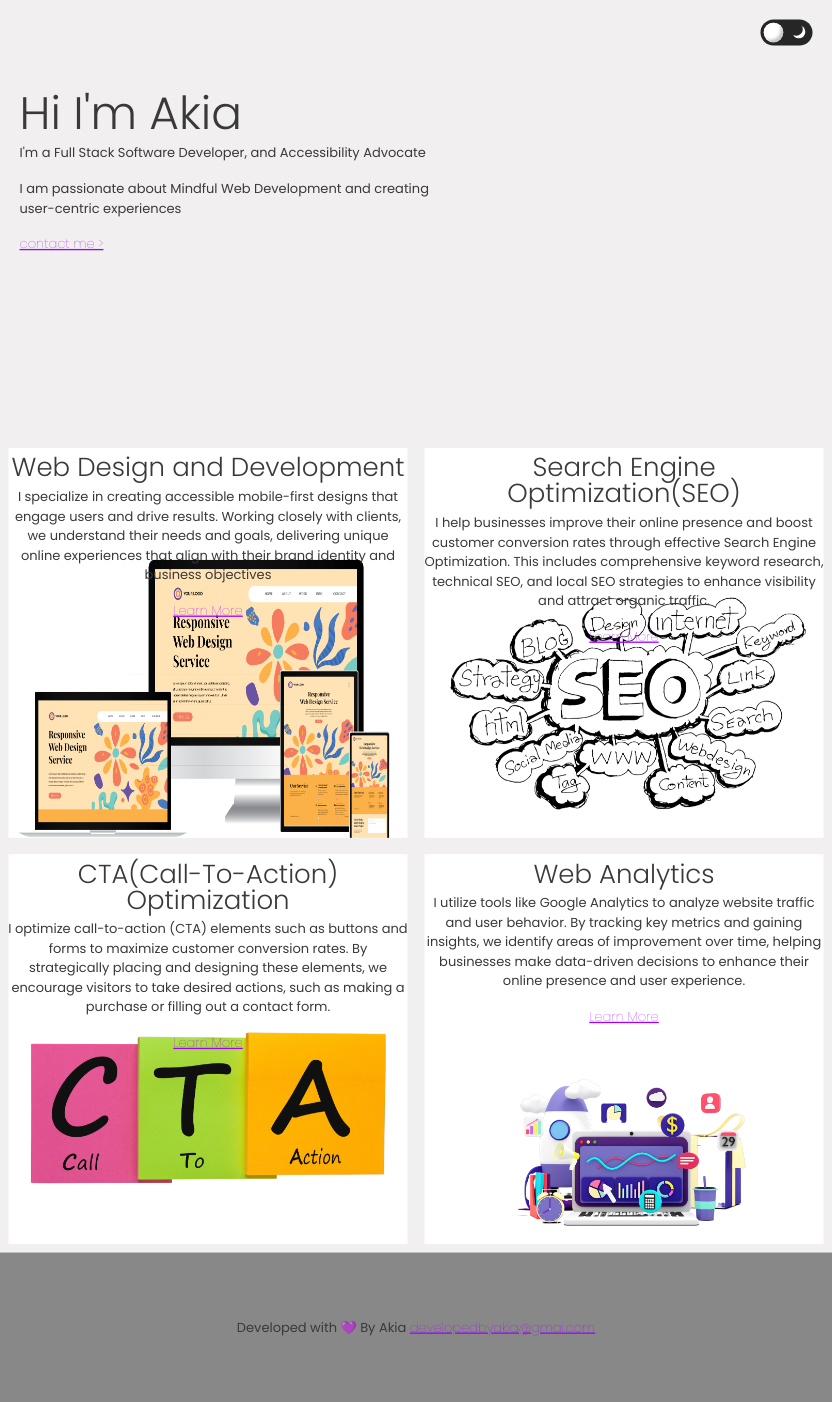
Repository: akiachenise/akiachenise.github.io
Page: index.html
These files come from the project's save history. The page is drawn as it stood at one moment and after the next save; the edit follows.
The browser window is 1280 px wide. The pictures show the whole page, at 65% of full size.

Above is the page before, as saved 2023-06-08 22:15:13.

After the next save:
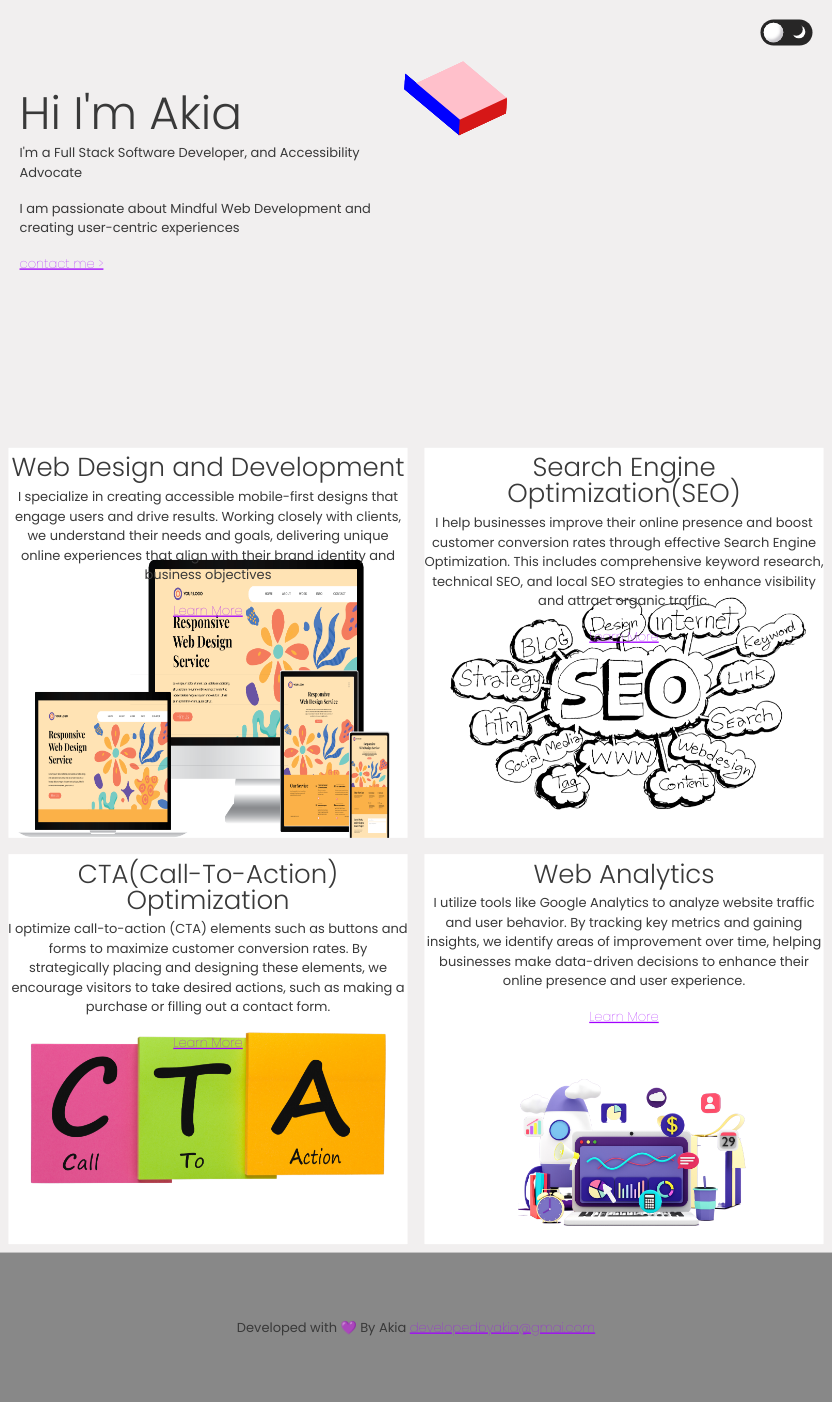
Saved 18 s later.
--- a/index.html
+++ b/index.html
@@ -22,6 +22,13 @@
             <p>I am passionate about Mindful Web Development and creating user-centric experiences</p>
             <br/>
             <a href="#footer">contact me ></a>
+        </div>
+
+        <div class="hero-image">
+            <div class="cube" id="react"></div>
+            <div class="cube" id="javascript"></div>
+            <div class="cube" id="html"></div>
+            <div class="cube" id="css"></div>
         </div>
 
         </section>
